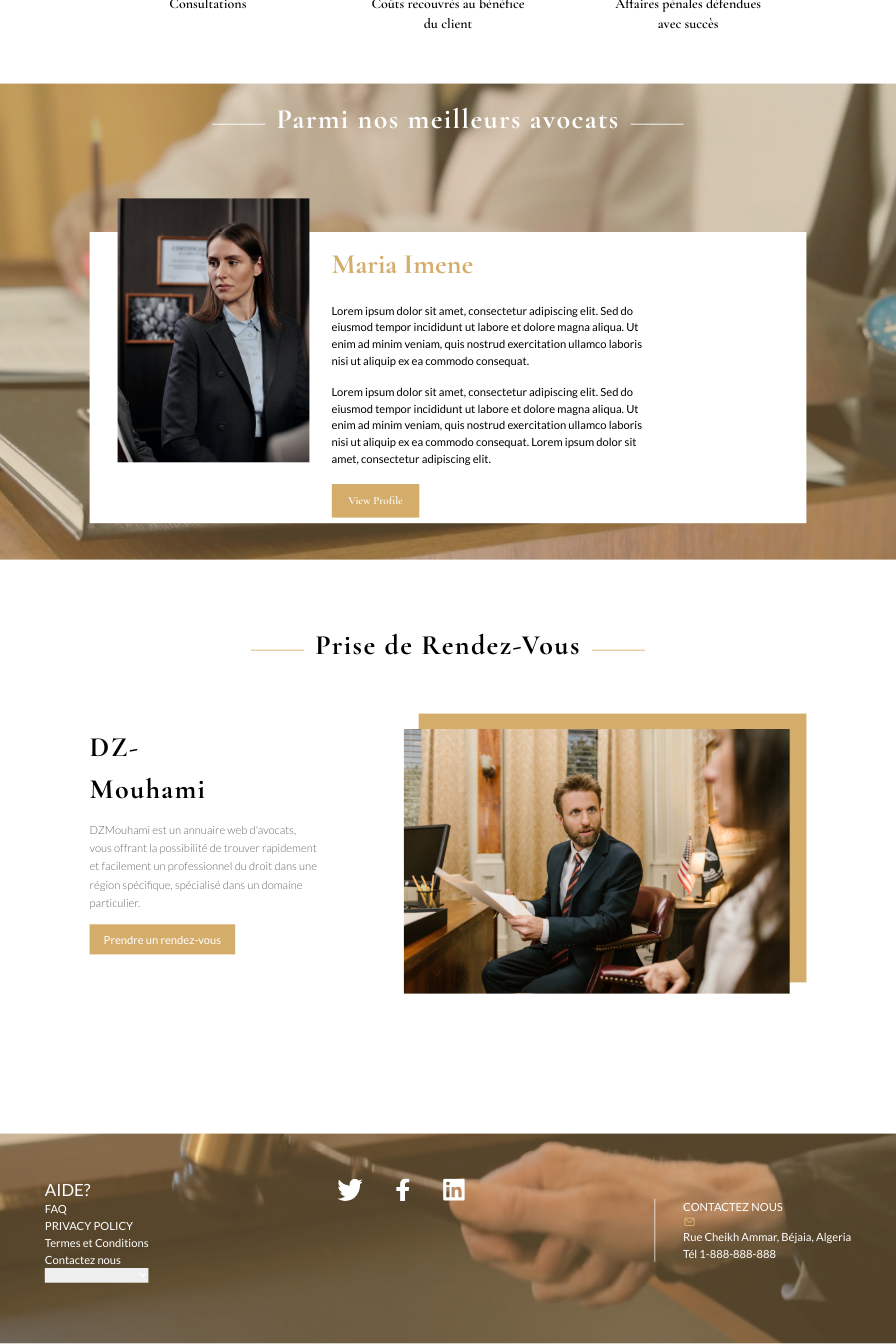
Repository: Chekrouba-Tinhinane/Mohami_dz
Page: / (app in client/)
These files come from the project's save history. The page is drawn as it stood at one moment and after the next save; the edit follows.
The browser window is 1280 px wide. The pictures show the part of the page from y = 2348 to 4268 px (the page is 4268 px tall), at 70% of full size.
The project was rebuilt for these pictures with package versions that can differ from the ones it lists, and the page was loaded fresh each time. Also part of the build but not shown: client/vite.config.js, client/src/SignIn.jsx, client/src/components/Selector.jsx, client/src/components/SearchContainer.jsx, client/src/Search.jsx, client/src/components/super/HomeLayout.jsx, client/src/components/Profile.jsx.

Above is the page before, as saved 2024-01-25 18:14:38.

After the next save:
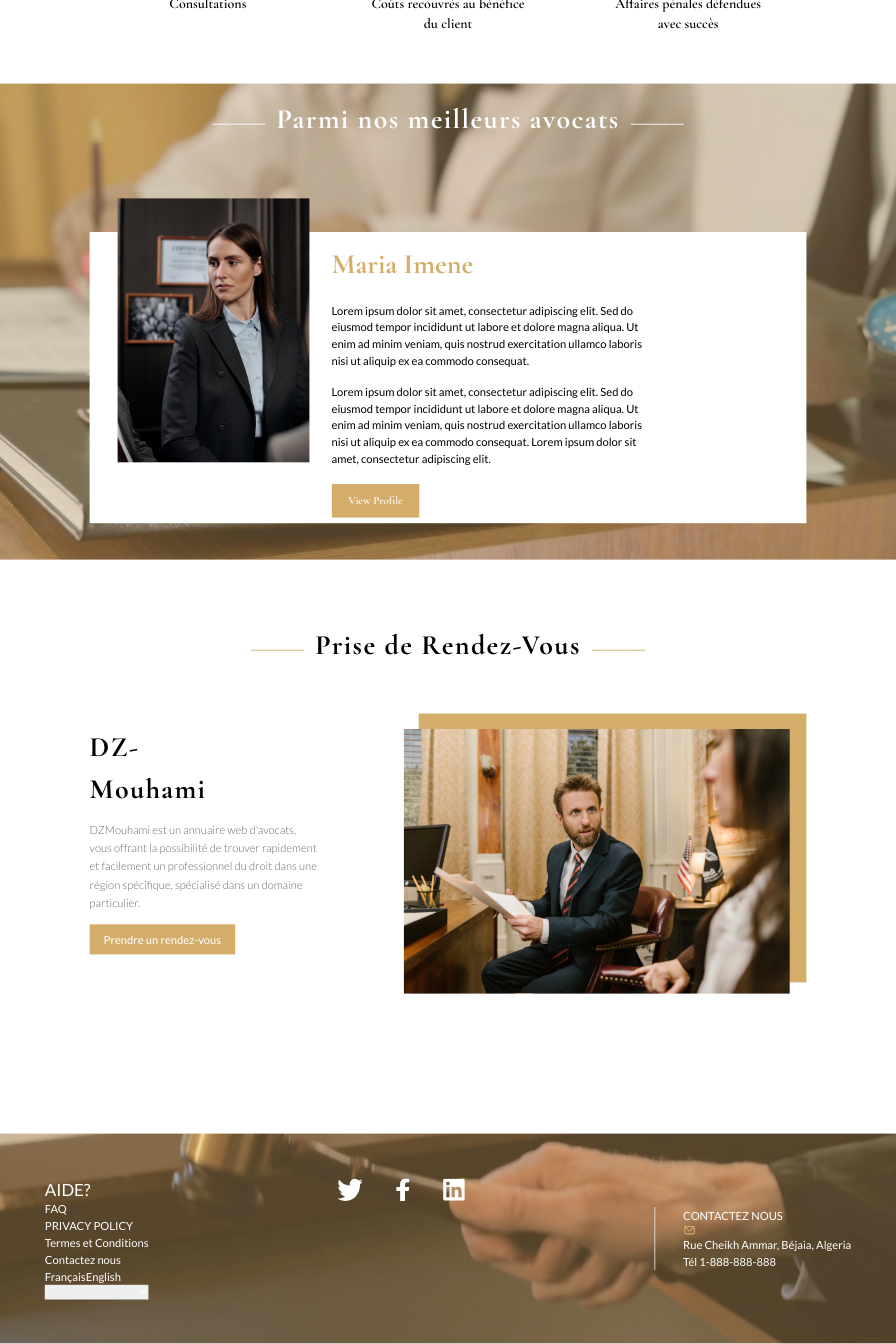
Saved 59 s later.
--- a/client/src/LandingPage.jsx
+++ b/client/src/LandingPage.jsx
@@ -287,6 +287,10 @@ function Footer() {
               <li>Contactez nous</li>
             </ul>
 
+            <div className="language-selector">
+        <button onClick={() => handleLanguageChange('fr')}>Français</button>
+        <button onClick={() => handleLanguageChange('en')}>English</button>
+      </div>
             <select name="" id=""></select>
 
           </div>
